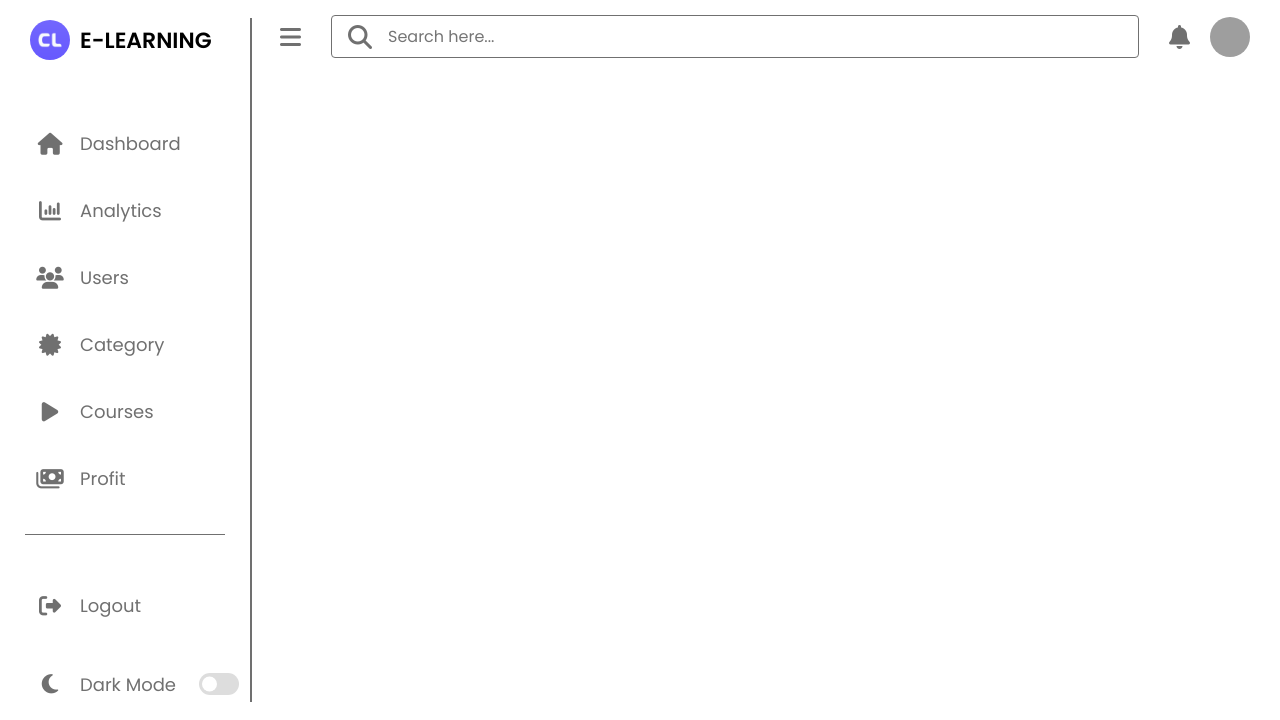
Repository: phamngocthang/practice-html-css
Page: Admin/dist/index.html
An editor plug-in stored every save of this project. The page is shown before and after the next save, followed by the edit.
The browser window is 1280 px wide. The pictures show the whole page.
Pictures or frames that could not be fetched are drawn as grey boxes. The style sheet was rebuilt from its Sass, Less or Tailwind sources for each picture, by a compiler version that may differ from the author's.

Above is the page before, as saved 2023-10-25 01:33:23.

### Admin/dist/index.html
<!DOCTYPE html>
<html lang="en">
<head>
    <meta charset="UTF-8">
    <meta name="viewport" content="width=device-width, initial-scale=1.0">
    <title>Document</title>
    <link rel="stylesheet" href="style/main.css">
    <link rel="stylesheet" href="https://cdnjs.cloudflare.com/ajax/libs/font-awesome/6.4.2/css/all.min.css" integrity="sha512-z3gLpd7yknf1YoNbCzqRKc4qyor8gaKU1qmn+CShxbuBusANI9QpRohGBreCFkKxLhei6S9CQXFEbbKuqLg0DA==" crossorigin="anonymous" referrerpolicy="no-referrer" />
</head>
<body>
    <nav>
        <div class="logo">
            <div class="logo__image">
                <img src="/Images/logo.png" alt="">
            </div>

            <span class="logo__name">
                E-LEARNING
            </span>
        </div>

        <div class="menu">
            <ul class="menu__link">
                <li class="menu__link__item"><a href="#">
                    <i class="fa-solid fa-house"></i>
                    <span>Dashboard</span>
                </a></li>
                <li class="menu__link__item"><a href="#">
                    <i class="fa-solid fa-chart-column"></i>
                    <span>Analytics</span>
                </a></li>
                <li class="menu__link__item"><a href="#">
                    <i class="fa-solid fa-users"></i>
                    <span>Users</span>
                </a></li>
                <li class="menu__link__item"><a href="#">
                    <i class="fa-solid fa-certificate"></i>
                    <span>Category</span>
                </a></li>
                <li class="menu__link__item"><a href="#">
                    <i class="fa-solid fa-play"></i>
                    <span>Courses</span>
                </a></li>
                <li class="menu__link__item"><a href="#">
                    <i class="fa-solid fa-money-bills"></i>
                    <span>Profit</span>
                </a></li>
            </ul>

            <ul class="menu__link">
                <li class="menu__link__item"><a href="#">
                    <i class="fa-solid fa-right-from-bracket"></i>
                    <span>Logout</span>
                </a></li>

                <li class="menu__link__item menu__link__item--darkmode"><a href="#">
                    <i class="fa-solid fa-moon"></i>
                    <span>Dark Mode</span>
                    <div class="menu__toggle">
                        <span class="menu__switch"></span>
                    </div>
                </a></li>
            </ul>
        </div>
    </nav>

    <section class="dashboard">
        <div class="top">
            <i class="fa-solid fa-bars top__bar"></i>
            <div class="top__search-box">
                <i class="fa-solid fa-magnifying-glass"></i>
                <input type="text" placeholder="Search here...">
            </div>
            <div class="top__image">
                <i class="fa-solid fa-bell bell"></i>
                <img src="/Images/avatar.jpg" alt="">
            </div>
        </div>
    </section>

    <script src="script.js">

    </script>
</body>
</html>

### Admin/dist/script.js
const body = document.querySelector("body");
const modeTogger = document.querySelector(".menu__toggle");
const sideBar = body.querySelector("nav")
const sideBarToggle = body.querySelector(".top__bar");

modeTogger.addEventListener("click", () => {
    body.classList.toggle("dark")
})

sideBarToggle.addEventListener("click", () => {
    sideBar.classList.toggle("close");
})

### Admin/scss/main.scss
@import url('https://fonts.googleapis.com/css2?family=Poppins:wght@200;300;400;500;600&display=swap');
@import 'variables';
* {
    margin: 0;
    padding: 0;
    box-sizing: border-box;
    font-family: 'Poppins', sans-serif;
}

body {
    --primary-color: #{$primary-color};
    --panel-color: #{$panel-color};
    --text-color: #{$text-color};
    --black-light-color: #{$black-light-color};
    --border-color: #{$border-color};
    --toggle-color: #{$toggle-color};
    --box1-color: #{$box1-color};
    --box2-color: #{$box2-color};
    --box3-color: #{$box3-color};
    --title-icon-color: #{$title-icon-color};
    min-height: 100vh;
    background-color: var(--primary-color);
}

body.dark {
    --primary-color: #3A3B3C;
    --panel-color: #242526;
    --text-color: #FFF;
    --black-light-color: #CCC;
    --border-color: #4D4C4C;
    --toggle-color: #FFF;
    --box1-color: #3A3B3C;
    --box2-color: #3A3B3C;
    --box3-color: #3A3B3C;
    --title-icon-color: #CCC;

    .menu__switch::before {
        left: 20px !important;
    }
}

nav {
    position: fixed;
    width: 250px;
    height: 100%;
    top: 0;
    left: 0;
    background-color: var(--panel-color);
    transition: $tran-05;

    .logo {
        display: flex;
        align-items: center;
        height: 80px;

        &__image {
            min-width: 45px;
            display: flex;
            align-items: center;
            padding-right: 10px;
            min-width: 80px;
            justify-content: flex-end;

            img {
                width: 40px;
                border-radius: 50%;
                object-fit: cover;
            }

        }

        &__name {
            color: var(--text-color);
            font-weight: 600;
            font-size: 22px;
            flex: 1;
            transition: $tran-05;
            white-space: nowrap;
        }
    }

    .menu {
        height: 100%;
        padding: 30px 0px 30px 20px;
        position: relative;


        &::after {
            content: '';
            left: 50%;
            top: 63%;
            width: 80%;
            height: 0.5px;
            transform: translateX(-50%);
            background-color: var(--black-light-color);
            position: absolute;
        }

        &__link {
            list-style: none;
            display: flex;
            flex-direction: column;
            align-items: flex-start;


            &:nth-child(1) {
                height: 70%;
            }


            &__item {
                padding: 20px 0;

                a {
                    text-decoration: none;
                    color: var(--black-light-color);
                    font-size: 18px;
                    display: flex;
                    align-items: center;
                    position: relative;
                    transition: 0.4 ease all;

                    i {
                        min-width: 60px;
                        text-align: center;
                        font-size: 22px;
                    }

                    span {
                        font-weight: 400;
                        transition: $tran-05;
                        white-space: nowrap;
                    }

                    &:hover {
                        color: var(--primary-color);

                        &::before {
                            content: '';
                            width: 5px;
                            height: 5px;
                            border-radius: 50%;
                            background-color: var(--primary-color);
                            position: absolute;
                            transition: 0.4 ease all;
                        }
                    }
                }
            }

            &__item--darkmode {
                display: flex;
                align-items: center;


                .menu__toggle {
                    margin-left: 20px;
                    height: 50px;
                    min-width: 45px;
                    display: flex;
                    align-items: center;
                    justify-content: center;

                    .menu__switch {
                        display: inline-block;
                        border-radius: 25px;
                        position: relative;
                        height: 22px;
                        width: 40px;
                        background-color: var(--toggle-color);

                        &::before {
                            content: '';
                            width: 15px;
                            height: 15px;
                            position: absolute;
                            background-color: var(--title-icon-color);
                            border-radius: 50%;
                            left: 3px;
                            top: 50%;
                            transform: translateY(-50%);
                            transition: $tran-03;
                        }
                    }
                }
            }
        }
    }


}

nav.close {
    width: 90px;

    .menu__link__item {
        span {
            opacity: 0;
            pointer-events: none;
        }
    }

    .logo__name {
        opacity: 0;
        pointer-events: none;
    }
}

.dashboard {
    background-color: var(--panel-color);
    width: calc(100% - 250px);
    left: 250px;
    min-height: 100vh;
    position: relative;
    padding: 15px 30px 40px;

    &::before {
        content: '';
        width: 2px;
        height: 95%;
        background-color: var(--black-light-color);
        left: 0;
        top: 50%;
        transform: translateY(-50%);
        position: absolute;
    }

    .top {
        height: 10%;
        display: flex;
        align-items: center;
        justify-content: space-between;

        i {
            font-size: 24px;
            color: var(--black-light-color);

        }

        &__bar {
            cursor: pointer;
        }

        &__search-box {
            flex: 1;
            width: 100%;
            padding: 8px;
            border-radius: 4px;
            border: 0.4px solid var(--black-light-color);
            margin: 0 30px;
            display: flex;
            align-items: center;

            i {
                font-size: 24px;
                padding: 0 16px 0 8px;
                color: var(--black-light-color);
            }

            input {
                font-size: 16px;
                outline: none;
                border: none;
                height: 100%;
                width: 100%;
                background-color: transparent;
            }
        }

        &__image {
            margin: 0 20p;
            display: flex;
            align-items: center;

            .bell {
                cursor: pointer;
                margin-right: 20px;
            }

            img {
                cursor: pointer;
                width: 40px;
                height: 40px;
                object-fit: cover;
                border-radius: 50%;
            }
        }
    }
}

### Admin/scss/_variables.scss
/* ===== Colors ===== */
$primary-color: #0E4BF1;
$panel-color: #FFF;
$text-color: #000;
$black-light-color: #707070;
$border-color: #e6e5e5;
$toggle-color: #DDD;
$box1-color: #4DA3FF;
$box2-color: #FFE6AC;
$box3-color: #E7D1FC;
$title-icon-color: #fff;

/* ====== Transition ====== */
$tran-05: all 0.5s ease;
$tran-03: all 0.3s ease;
$tran-03: all 0.2s ease;

After the next save:
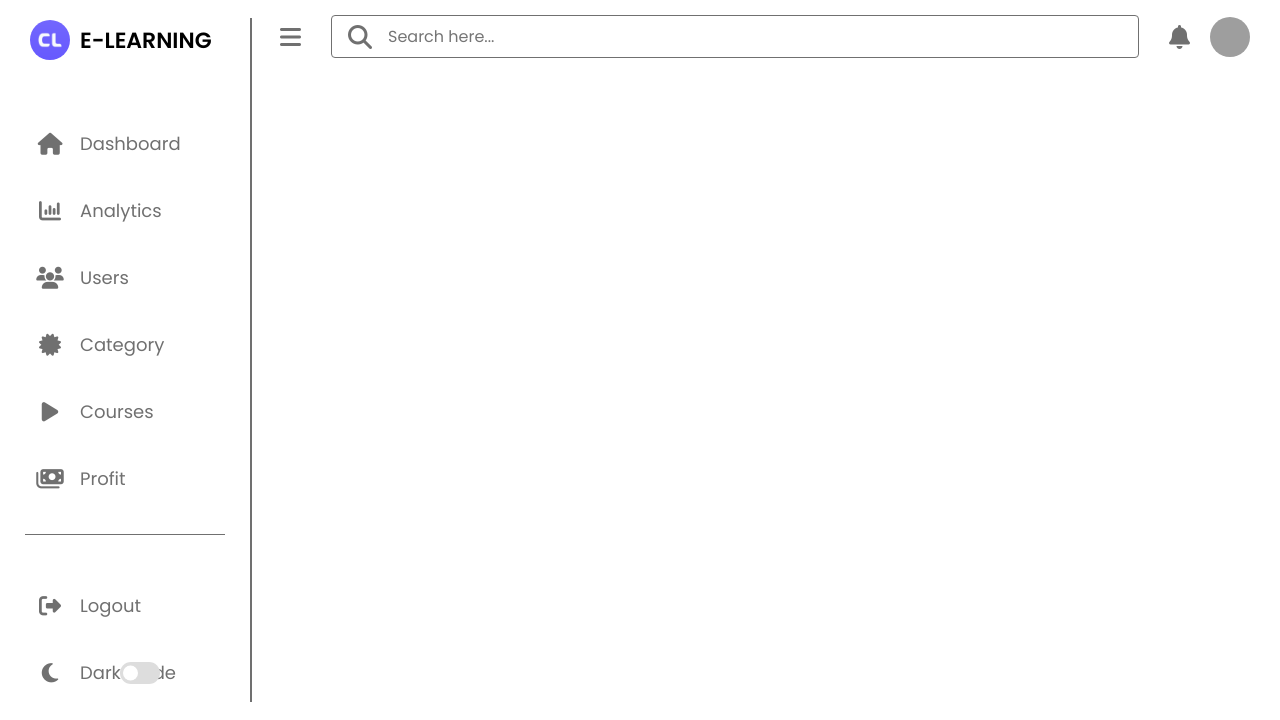
Saved 4 min 21 s later.
--- a/Admin/scss/main.scss
+++ b/Admin/scss/main.scss
@@ -154,6 +154,8 @@ nav {
 
 
                 .menu__toggle {
+                    position: absolute;
+                    right: 14px;
                     margin-left: 20px;
                     height: 50px;
                     min-width: 45px;
